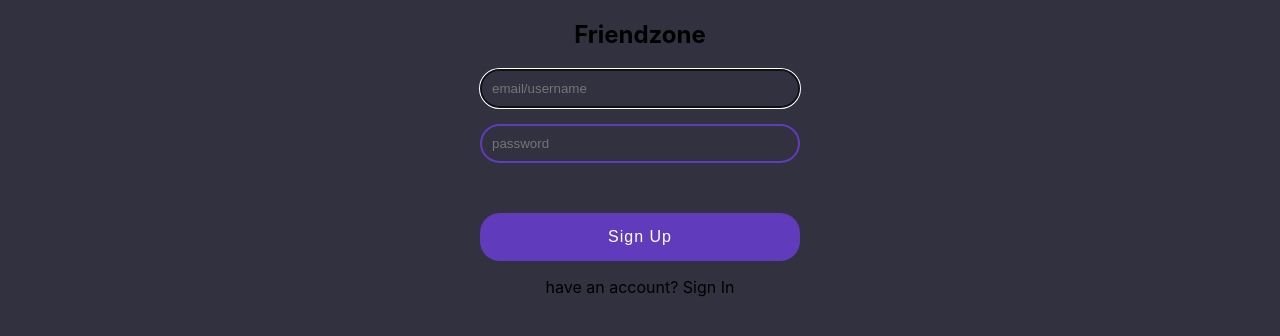
Repository: DerickT02/friend-zone
Page: /
An editor plug-in stored every save of this project. The page is shown before and after the next save, followed by the edit.
The browser window is 1280 px wide. The pictures show the whole page.
The project was rebuilt for these pictures with package versions that can differ from the ones it lists, and the page was loaded fresh each time. Also part of the build but not shown: src/Appreducer.js, src/GlobalState.js, src/Post.js, src/Homepage.js, src/fire.js.

Above is the page before, as saved 2021-07-07 07:48:52.

### src/index.js
import React from 'react';
import ReactDOM from 'react-dom';
import './index.css';
import App from './App';


ReactDOM.render(

    <App />,
  document.getElementById('root')
);

// If you want to start measuring performance in your app, pass a function
// to log results (for example: reportWebVitals(console.log))
// or send to an analytics endpoint. Learn more: https://bit.ly/CRA-vitals

### src/index.css
body {
  margin: 0;
  font-family: -apple-system, BlinkMacSystemFont, 'Segoe UI', 'Roboto', 'Oxygen',
    'Ubuntu', 'Cantarell', 'Fira Sans', 'Droid Sans', 'Helvetica Neue',
    sans-serif;
  -webkit-font-smoothing: antialiased;
  -moz-osx-font-smoothing: grayscale;
  background-color: rgb(49, 49, 63);

}

code {
  font-family: source-code-pro, Menlo, Monaco, Consolas, 'Courier New',
    monospace;
}

### src/App.js
import React, { Component, useState, useEffect } from 'react'
import { BrowserRouter, Switch, Link, Route, Redirect, Router} from 'react-router-dom'
import Login from './Login'
import Homepage from './Homepage'
import './App.css'

import fire from './fire'
import GlobalProvider from './GlobalState'

function App() {
  const [user, setUser] = useState('')
  const [email, setEmail] = useState('')
  const [password, setPassword] = useState('')
  const [emailError, setEmailError] = useState('')
  const [passwordError, setPasswordError] = useState('')
  const [hasAccount, setHasAccount] = useState(false)

const clearInputs = () => {
  setEmail('')
  setPassword('')
}

const clearErrors = () => {
  setEmailError('');
  setPasswordError('')
}

const handleLogin = () => {
  clearErrors()
  fire
  .auth()
  .signInWithEmailAndPassword(email, password)
  .catch(err => {
      switch(err.code){
          case 'auth/invalid-email':
          case 'auth/user-disabled':
          case 'auth/user-not-found':
              setEmailError(err.message)
              break;
          case 'auth/wrong-password':
              setPasswordError(err.message)
              break
      }
  })
}

const handleSignup = () => {
  clearErrors()
  fire
  .auth()
  .createUserWithEmailAndPassword(email, password)
  .catch(err => {
      switch(err.code){
          case 'auth/email-already-in-use':
          case 'auth/invalid-email':
          setEmailError(err.message);
          break;

          case 'auth/weak-password':
          setPasswordError(err.message)
      }
  })
}

const handleLogout = () => {
  fire
  .auth()
  .signOut()
}

const authListener = () => {
  fire.auth().onAuthStateChanged((user) => {
    if(user){
      clearInputs()
      setUser(user)
    }
    else {
        setUser('')
    }
  })
}

useEffect(() => {
  authListener()
}, [])

  return (
    <div className="App">
    {user ? (
      <BrowserRouter>
      <GlobalProvider>
      <Switch>
        <Route exact path = '/'><Redirect to = "/homepage"/></Route>
        <Route exact path = '/homepage'><Homepage handleLogout = {handleLogout}/></Route>
      </Switch>
      </GlobalProvider>
     </BrowserRouter>
    ) : (

      <BrowserRouter>
      <Switch>
      <Route exact path = '/homepage'><Redirect to = "/" /></Route>
        <Route><Login email = {email}
            setEmail = {setEmail}
            password = {password}
            setPassword={setPassword}
            handleLogin={handleLogin}
            handleSignup={handleSignup}
            hasAccount={hasAccount}
            setHasAccount={setHasAccount}
            emailError={emailError}
            passwordError={passwordError} /></Route>
      </Switch>
      </BrowserRouter>
    )}

    </div>
  );
}

export default App;

### src/Login.js
import React, { Component, useState, useEffect } from 'react'
import './Login.css'
import {Link} from 'react-router-dom'

const Login = (props) => {
    const {email, setEmail, password, setPassword, handleLogin, handleSignup, hasAccount, setHasAccount, emailError, passwordError} = props
    return (
        <section className = "login">
        <div className="loginContainer" >

<h1>Friendzone</h1>


<input placeholder = 'email/username' type ="text" autoFocus required value = {email} onChange={(e) => setEmail(e.target.value)}/>
<p className ="errorMsg">{emailError}</p>

<input placeholder = 'password' type ="password" required value = {password} onChange={(e) => setPassword(e.target.value)} />
<p className = "errorMsg">{passwordError}</p>
<div className="btnContainer">

    {hasAccount ? (
        <div>
       <button type = "submit" onClick = {handleLogin}>Sign in</button>
        <p>Don't have an account? <span onClick ={() => setHasAccount(!hasAccount)}>Sign Up</span></p>
        </div>
    ):(
        <div>
        <button type = "submit" onClick={handleSignup}>Sign Up</button>
        <p>have an account? <span onClick = {() => setHasAccount(!hasAccount)}>Sign In</span></p>
        </div>
    )}

</div>
</div>
</section>





    )
}


export default Login

### src/Login.css
* {
  box-sizing: border-box;
}

.login .loginContainer input {
  border: 2px solid #603bbb;
  width: 25%;
  padding: 10px;
  background-color: rgb(49, 49, 63);
  border-radius: 20px;
  color: white;
}


.btnContainer {
  margin-top: 50px;
}


.btnContainer button {
  border: none;
  border-radius: 20px;
  outline: none;
  width: 25%;
  padding: 15px 0;
  color: #fff;
  font-size: 16px;
  letter-spacing: 1px;
  background: #603bbb;
  cursor: pointer;
}

Loaded but not shown: public/index.html (common file); src/App.css (common file)

After the next save:
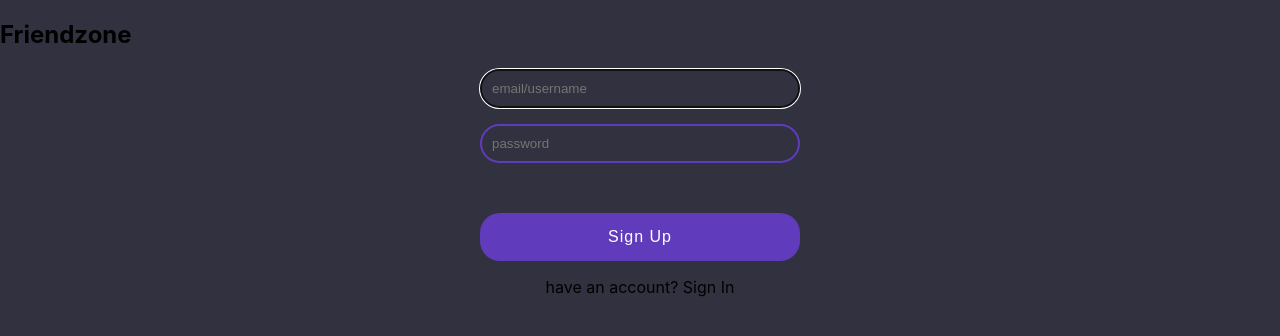
Saved 22 s later.
--- a/src/Login.css
+++ b/src/Login.css
@@ -9,6 +9,10 @@
   background-color: rgb(49, 49, 63);
   border-radius: 20px;
   color: white;
+}
+
+.login .loginContainer h1 {
+  text-align: left;
 }
 
 
